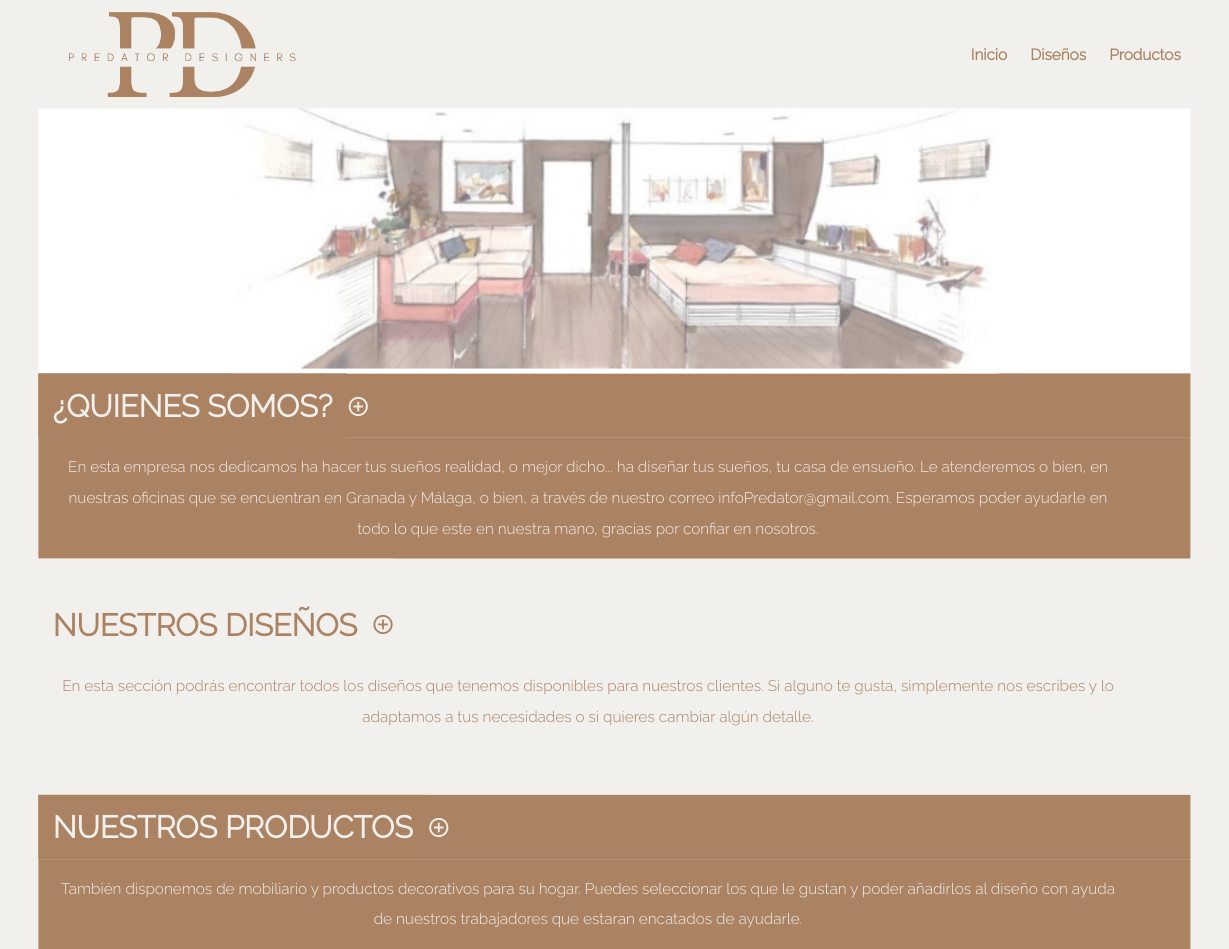
Repository: judiith-mf/dise-oInterior
Page: index.html
The author's editor kept a record of every edit. The page is drawn from the files as they stood at one moment, then again after the next edit.
The browser window is 1280 px wide. The pictures show the whole page, at 96% of full size.

Above is the page before.

After the next edit:
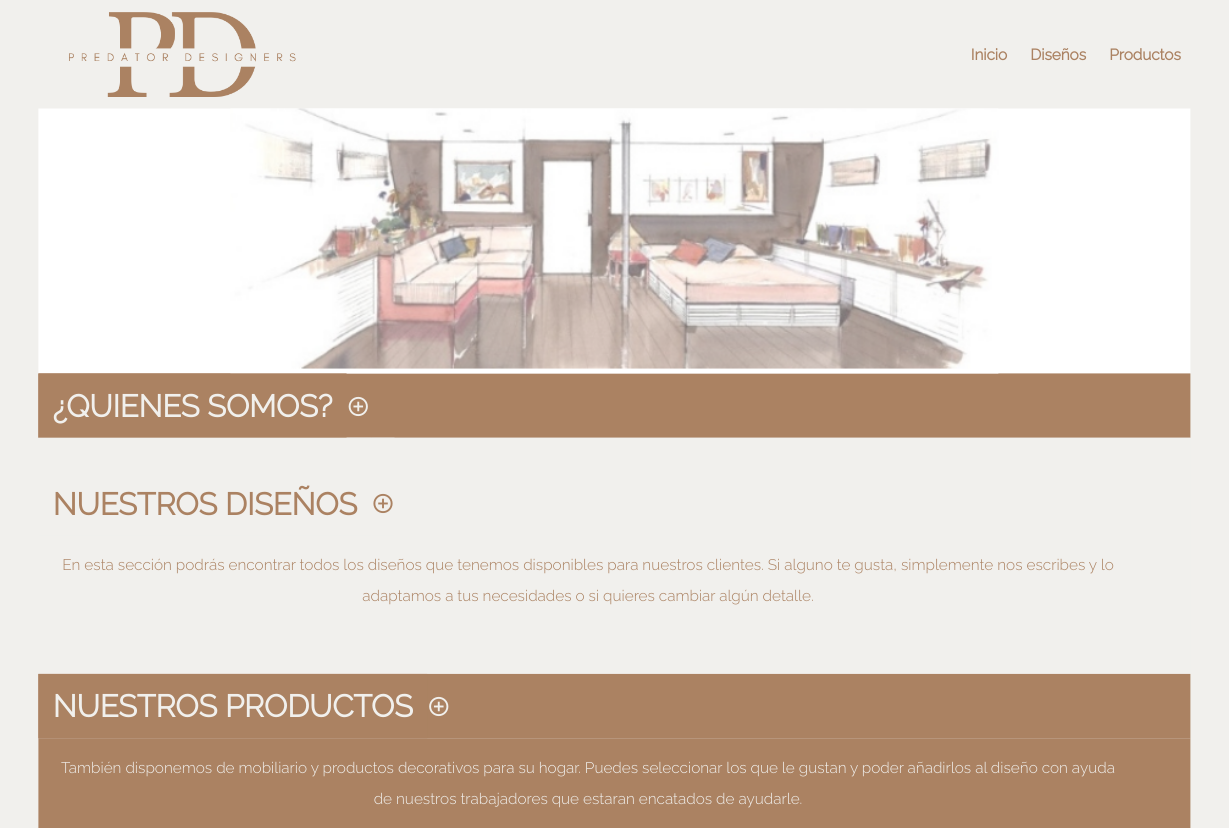
Console error: TypeError: Cannot read properties of null (reading 'style')
The edit:
--- a/index.html
+++ b/index.html
@@ -74,6 +74,6 @@
 
     </div>
     <script src="https://cdn.jsdelivr.net/npm/bootstrap@5.3.2/dist/js/bootstrap.bundle.min.js" integrity="sha384-C6RzsynM9kWDrMNeT87bh95OGNyZPhcTNXj1NW7RuBCsyN/o0jlpcV8Qyq46cDfL" crossorigin="anonymous"></script>
-
+    <script type="text/javascript" src="javascript/js.js"></script>
 </body>
 </html>
